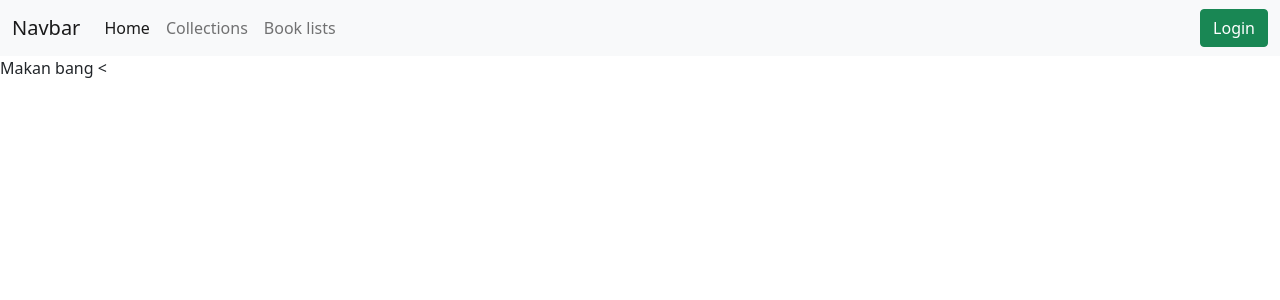
Repository: humanrizki/app-perpus-laravel-8
Page: http://localhost/home
These files come from the project's save history. The page is drawn as it stood at one moment and after the next save; the edit follows.
The browser window is 1280 px wide. The pictures show the whole page.
Some web libraries are served in a nearby version. The page is served by the project's Laravel application, run on PHP 8.4 with Laravel 8.

Above is the page before, as saved 2021-11-25 11:38:16.

After the next save:
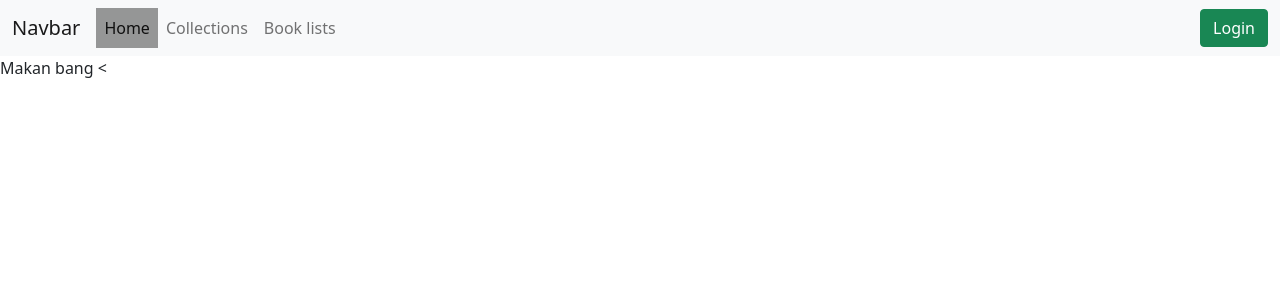
Saved 16 s later.
--- a/public/css/ul.css
+++ b/public/css/ul.css
@@ -1,3 +1,3 @@
 .active{
-
+    background-color: rgba(0, 0, 0, 0.4);
 }
